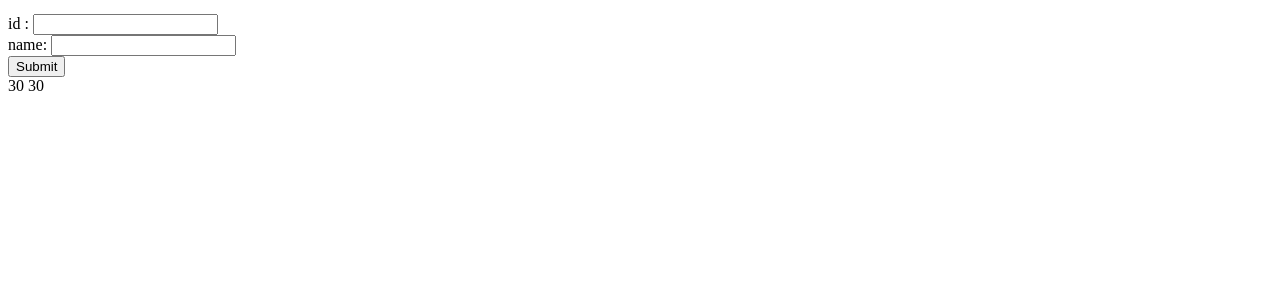
Repository: sandypatidar/my-all-java-code
Page: http://localhost/Jdbc/
An editor plug-in stored every save of this project. The page is shown before and after the next save, followed by the edit.
The browser window is 1280 px wide. The pictures show the whole page.
The page is served by Tomcat 9.

Above is the page before, as saved 2019-05-30 18:37:36.

After the next save:
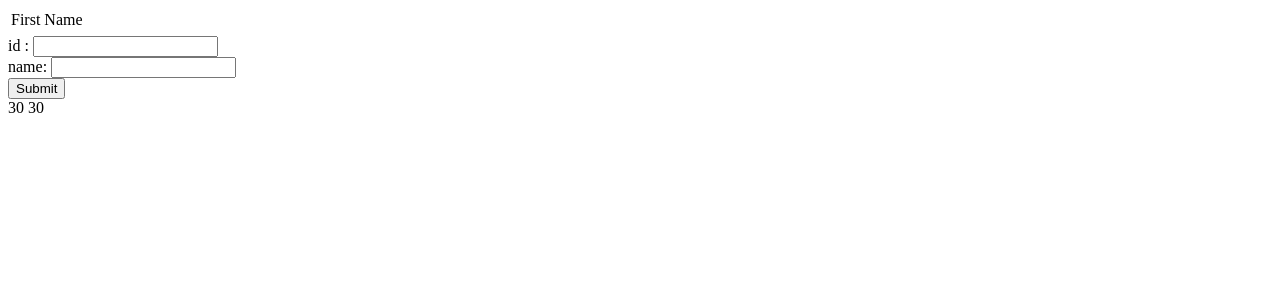
Saved 103 s later.
--- a/eclipse-workspace/eclipse-workspace/Jdbc/WebContent/index.jsp
+++ b/eclipse-workspace/eclipse-workspace/Jdbc/WebContent/index.jsp
@@ -7,11 +7,16 @@
 
 	<form name="index0" action="index1.jsp" method="post">
 		<table border="0" >
+		<tbody>
+			<tr>
+				<td>First Name</td>
+				<td></td>
+			</tr>
 			<tr>
 				<td></td>
-
+				<td></td>
 			</tr>
-
+		</tbody>
 		</table>
 	</form>
 
